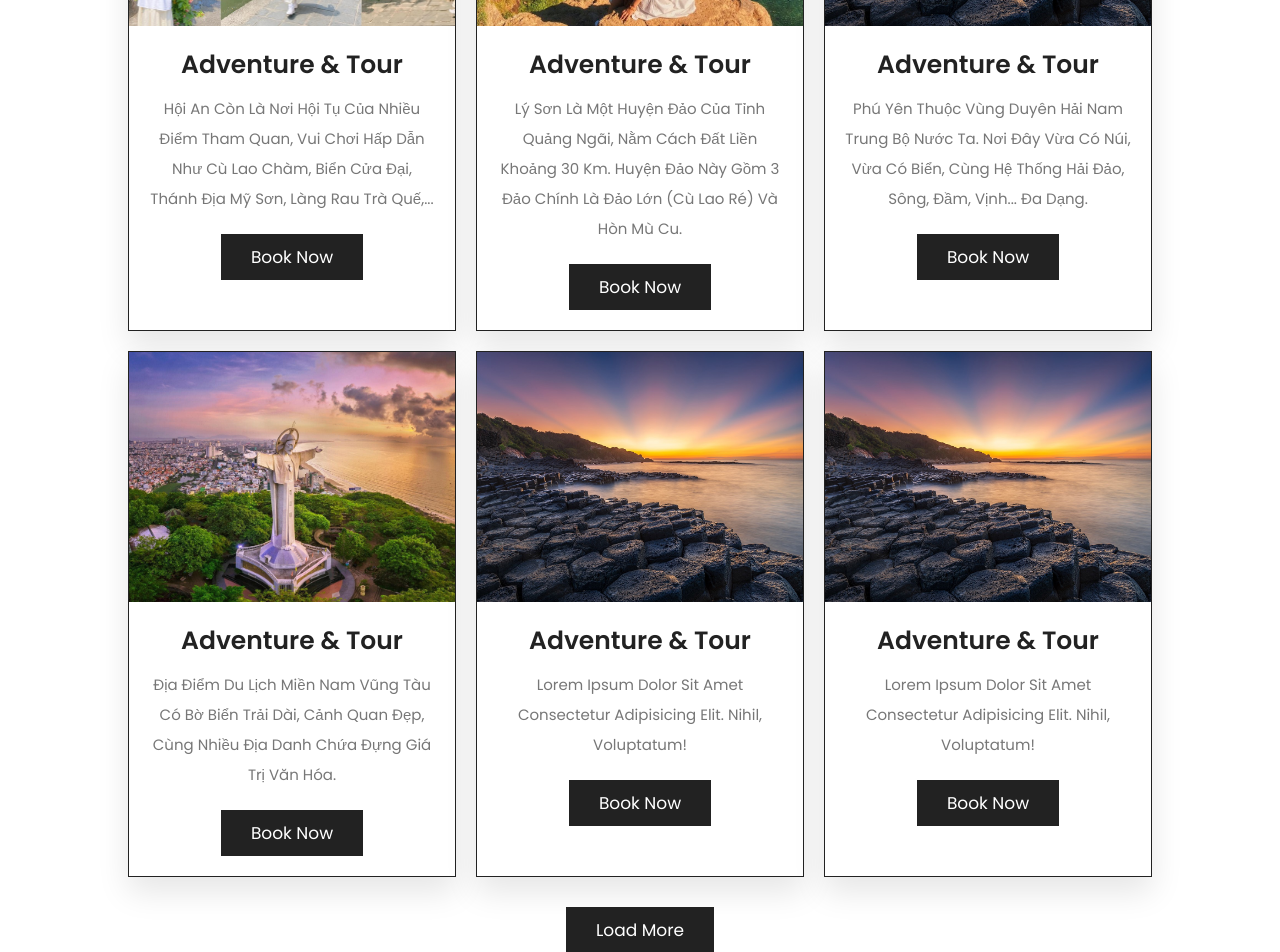
Repository: CTCuong/Traveloka-Web
Page: http://localhost/assets/package.php
An editor plug-in stored every save of this project. The page is shown before and after a run of saves, followed by the edit.
The browser window is 1280 px wide. The pictures show the part of the page from y = 873 to 1825 px (the page is 2522 px tall).
Backgrounds fixed to the window are drawn as part of the page. The page is run by PHP 8.4 with error messages shown; the project is at /var/www/html/.

Above is the page before, as saved 2023-07-24 20:15:49.

After the next 2 saves:
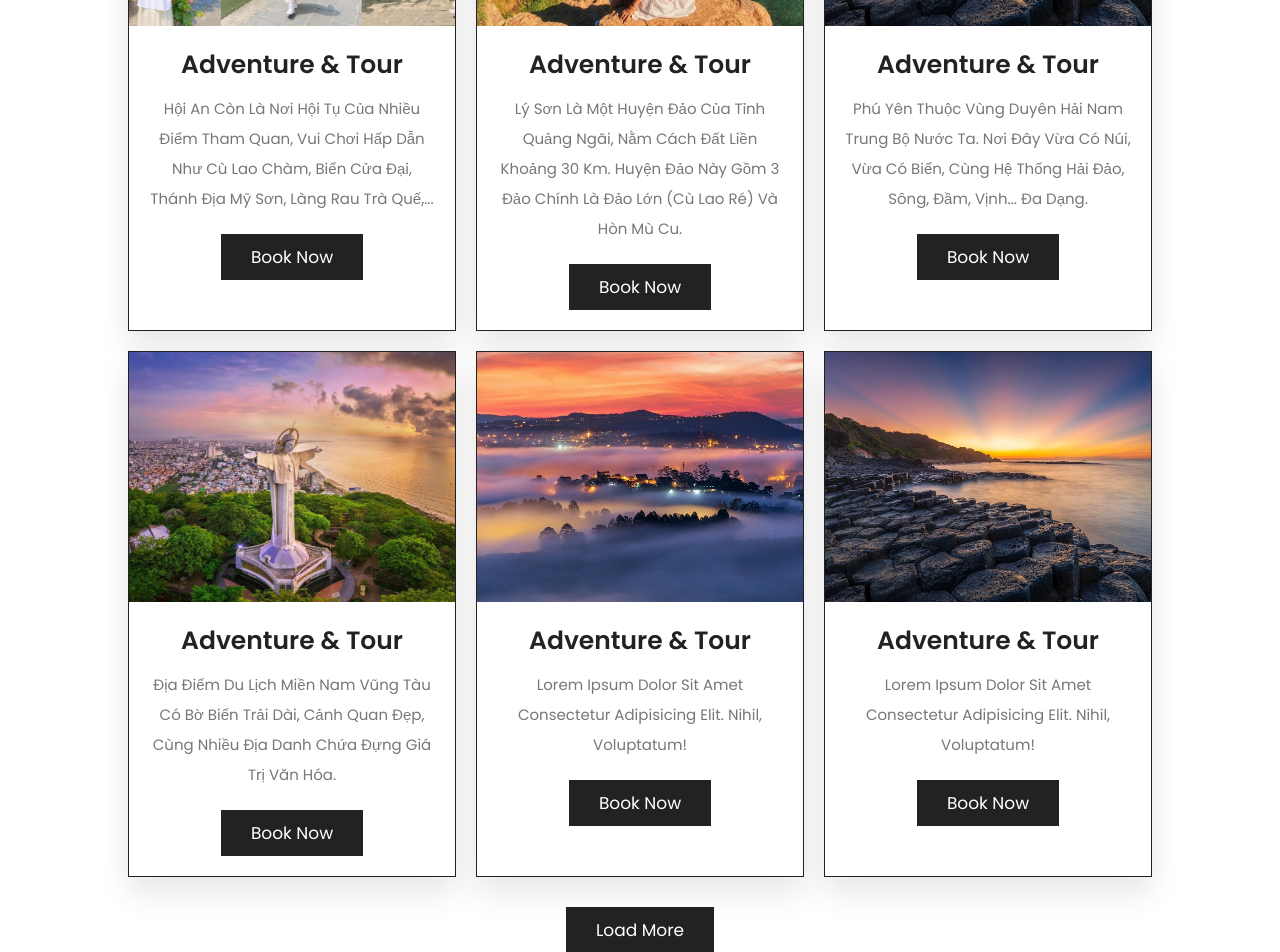
The 2 saves are shown as one change because they came seconds apart.
The last was saved 48 s later.
--- a/assets/package.php
+++ b/assets/package.php
@@ -90,7 +90,7 @@
 
             <div class="box">
                 <div class="image">
-                    <img src="/assets/image/Packages/6.jpg" alt="">
+                    <img src="/assets/image/Packages/8.jpg" alt="">
                 </div>
 
                 <div class="content">
